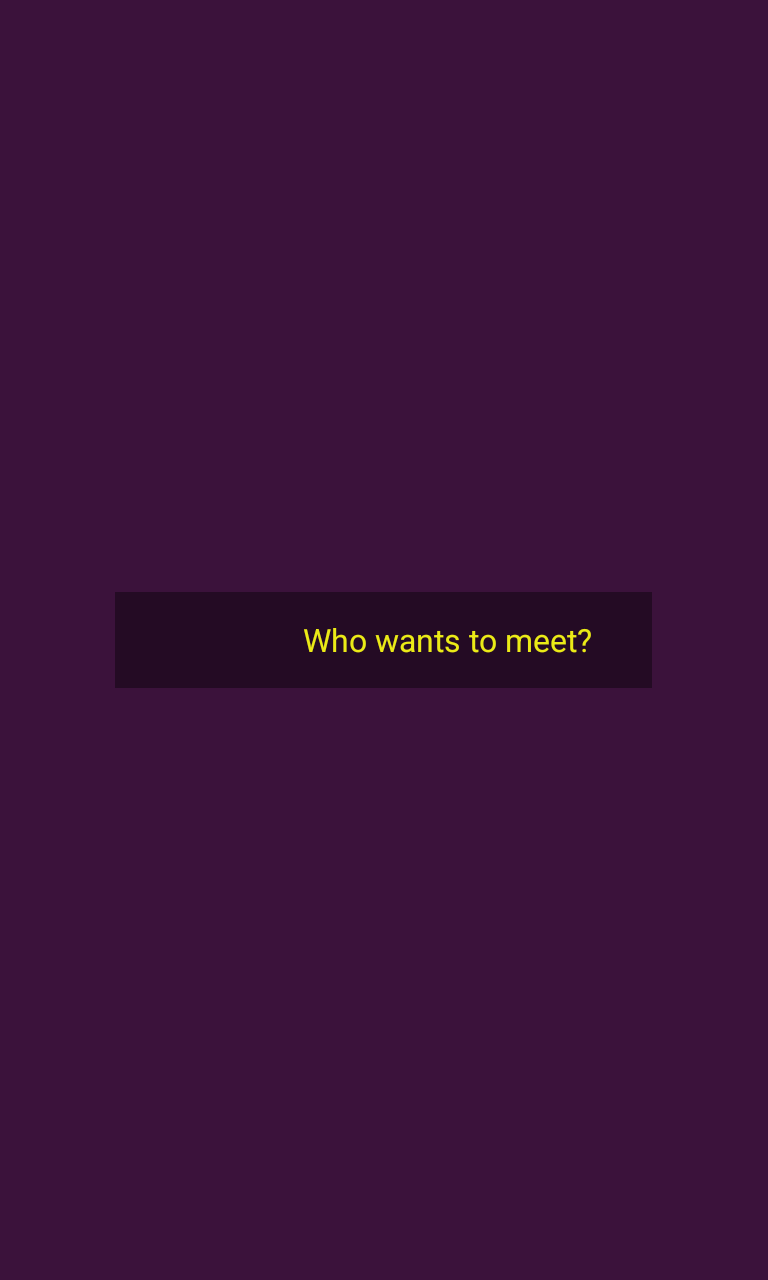
Repository: Valian/MeetMe
Layout: MeetMe/res/layout/activity_main_menu.xml
These files come from the project's save history. The layout is drawn as it stood at one moment and after the next save; the edit follows.
It is drawn on a 768 x 1280 px phone screen (xhdpi) without system bars, with theme AppTheme; the app's code is not run.

Above is the layout before, as saved 2014-01-10 00:37:59.

After the next save:
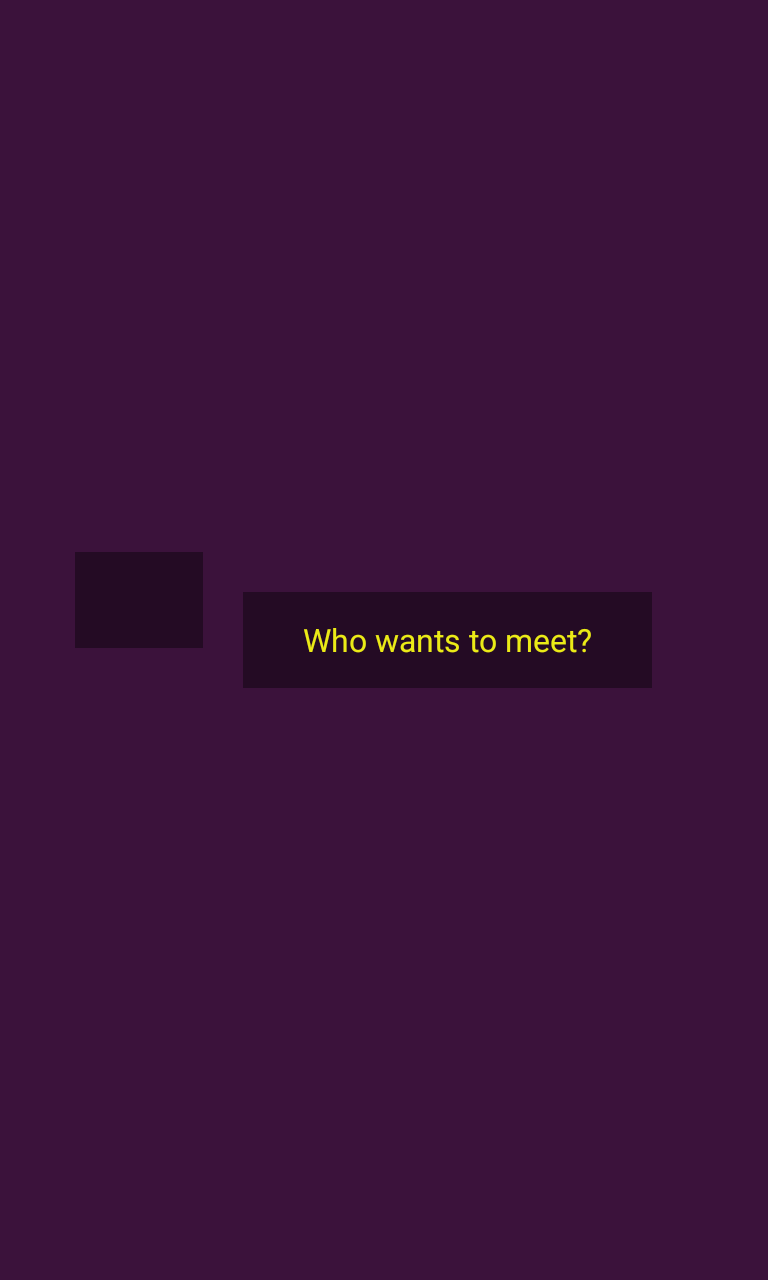
Saved 31 s later.
--- a/MeetMe/res/layout/activity_main_menu.xml
+++ b/MeetMe/res/layout/activity_main_menu.xml
@@ -14,6 +14,7 @@
 	    android:onClick="statusChangeButtonClicked" />
 
 	    <Button
+	    android:layout_margin="20dp"
 	    android:id="@+id/personListButton"
 	    style="@style/BigButton"
 	    android:text="@string/who_wants_to_meet"
